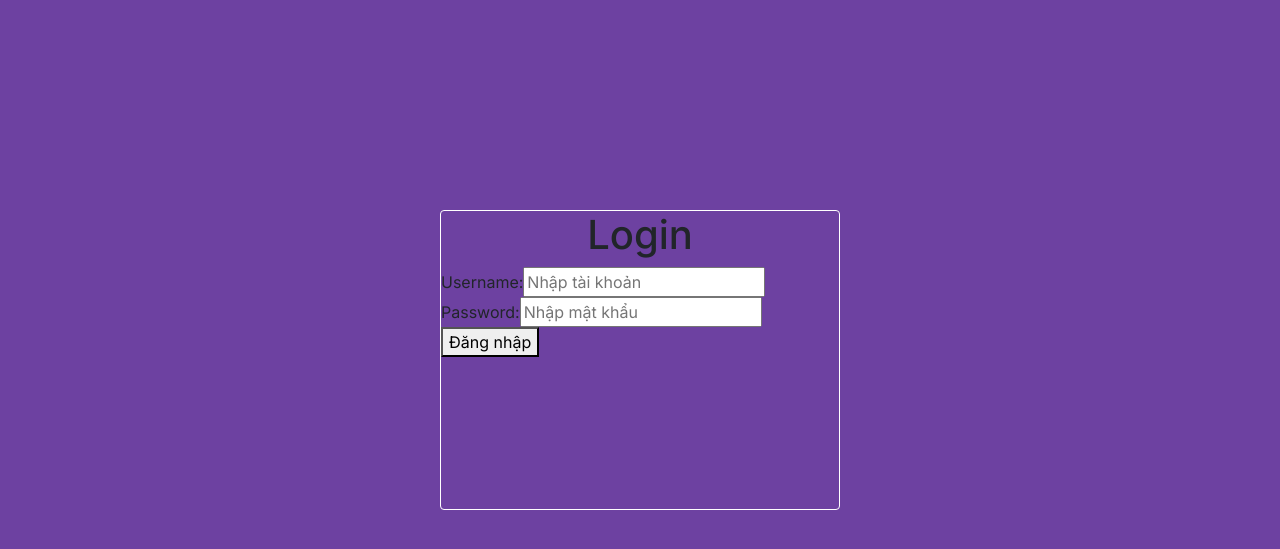
Repository: nghiakma/RFID-RFID-Attendance-System-using-ESP32-Nodejs-Reactjs-Nextjs-
Page: / (app in attendance/)
An editor plug-in stored every save of this project. The page is shown before and after the next save, followed by the edit.
The browser window is 1280 px wide. The pictures show the whole page.
The page's requests for data from a server got no answer. The project was rebuilt for these pictures with package versions that can differ from the ones it lists, and the page was loaded fresh each time. The framework's server and built-in components were replaced by stand-ins that run in the browser. No one was signed in, and anything a server would have sent is missing. Also part of the build but not shown: attendance/next.config.js, attendance/src/styles/home-page.module.css, attendance/src/styles/tab-home.module.css, attendance/src/pages/api/convert-time.js, attendance/src/pages/api/networking.js, attendance/src/pages/tab-home.js, attendance/src/styles/tab-history.module.css, attendance/src/pages/tab-history.js and 6 more.

Above is the page before, as saved 2023-12-21 14:53:48.

After the next save:
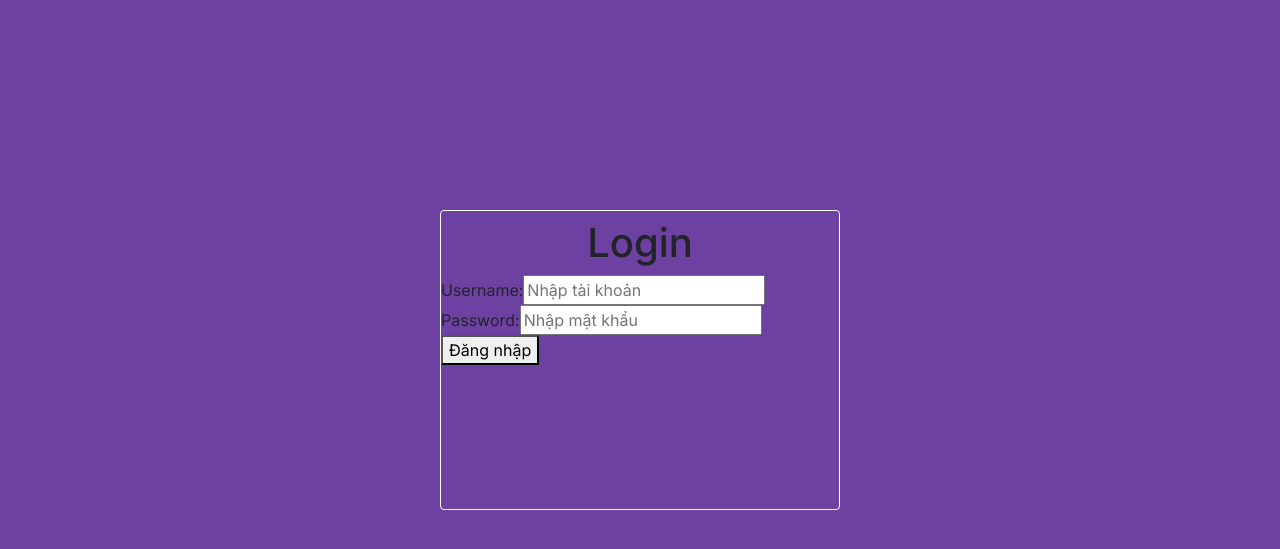
Saved 15 s later.
--- a/attendance/src/pages/login-page.js
+++ b/attendance/src/pages/login-page.js
@@ -19,7 +19,7 @@ const Login = () => {
                 }}>
                     <h1
                         style={{
-                            textAlign: 'center',
+                            textAlign: 'center', margin: '8px 0'
                         }}
                     >Login</h1>
                     <div className="login-handle">
